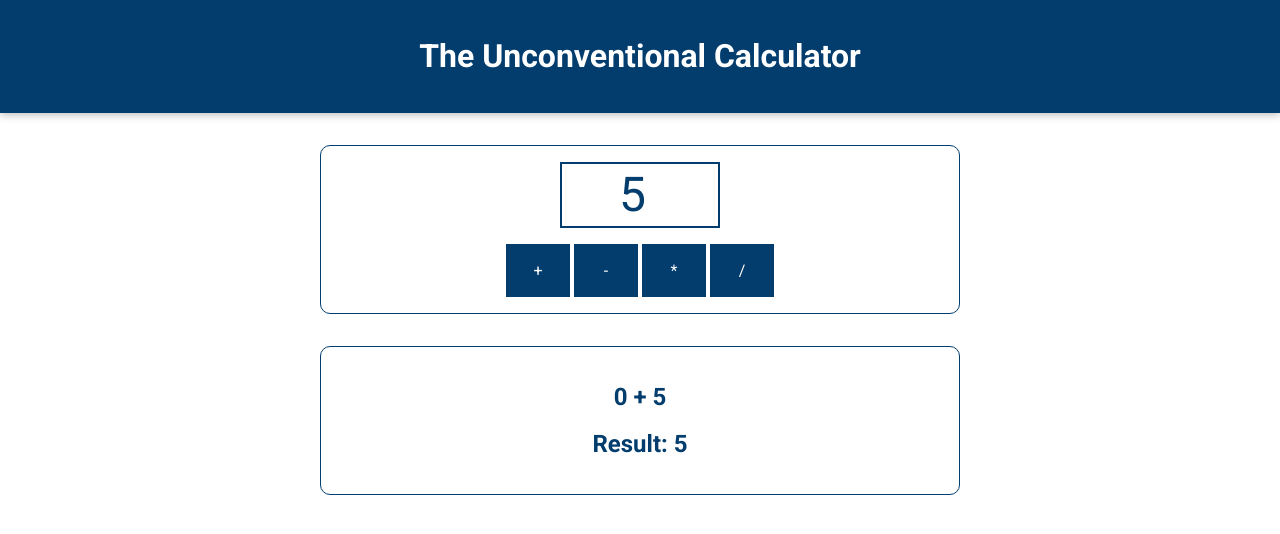
Repository: rafal-bedkowski/JSFundamentalCourse
Page: index.html
These files come from the project's save history. The page is drawn as it stood at one moment and after the next save; the edit follows.
The browser window is 1280 px wide. The pictures show the whole page.
Empty fields were first filled with sample values (such as "Sample", 5 or name@example.com).
After loading, the first visible `#btn-add` was clicked once.

Above is the page before, as saved 2022-09-07 12:48:21.

### index.html
<!DOCTYPE html>
<html lang="en">
  <head>
    <meta charset="UTF-8" />
    <meta name="viewport" content="width=device-width, initial-scale=1.0" />
    <meta http-equiv="X-UA-Compatible" content="ie=edge" />
    <title>Basics</title>
    <link
      href="https://fonts.googleapis.com/css?family=Roboto:400,700&display=swap"
      rel="stylesheet"
    />
    <link rel="stylesheet" href="./assets/styles/app.css" />
  </head>
  <body>
    <header>
      <h1>The Unconventional Calculator</h1>
    </header>

    <section id="calculator">
      <input type="number" id="input-number" />
      <div id="calc-actions">
        <button type="button" id="btn-add">+</button>
        <button type="button" id="btn-subtract">-</button>
        <button type="button" id="btn-multiply">*</button>
        <button type="button" id="btn-divide">/</button>
      </div>
    </section>
    <section id="results">
      <h2 id="current-calculation">0</h2>
      <h2>Result: <span id="current-result">0</span></h2>
    </section>
    <script src="./assets/scripts/vendor.js"></script>
    <script src="./assets/scripts/app.js"></script>
  </body>
</html>

### assets/styles/app.css
* {
  box-sizing: border-box;
}

html {
  font-family: 'Roboto', open-sans;
}

body {
  margin: 0;
}

header {
  background: #023d6d;
  color: white;
  padding: 1rem;
  text-align: center;
  box-shadow: 0 2px 8px rgba(0, 0, 0, 0.26);
  width: 100%;
}

#results,
#calculator {
  margin: 2rem auto;
  width: 40rem;
  max-width: 90%;
  border: 1px solid #023d6d;
  border-radius: 10px;
  padding: 1rem;
  color: #023d6d;
}

#results {
  text-align: center;
}

#calculator input {
  font: inherit;
  font-size: 3rem;
  border: 2px solid #023d6d;
  width: 10rem;
  padding: 0.15rem;
  margin: auto;
  display: block;
  color: #023d6d;
  text-align: center;
}

#calculator input:focus {
  outline: none;
}

#calculator button {
  font: inherit;
  background: #023d6d;
  color: white;
  border: 1px solid #023d6d;
  padding: 1rem;
  cursor: pointer;
}

#calculator button:focus {
  outline: none;
}

#calculator button:hover,
#calculator button:active {
  background: #084f88;
  border-color: #084f88;
}

#calc-actions button {
  width: 4rem;
}

#calc-actions {
  margin-top: 1rem;
  text-align: center;
}

### assets/scripts/app.js
const defaultResult = 0;
let currentResult = defaultResult;

function getUserNumberInput() {
  return parseInt(userInput.value);
}

function addition() {
  const enteredNumber = getUserNumberInput();
  const calcDescription = `${currentResult} + ${enteredNumber}`;
  currentResult = currentResult + enteredNumber;
  outputResult(currentResult, calcDescription);
}

function subtraction() {
  const enteredNumber = getUserNumberInput();
  const calcDescription = `${currentResult} - ${enteredNumber}`;
  currentResult = currentResult - enteredNumber;
  outputResult(currentResult, calcDescription);
}

function multiplication() {
  const enteredNumber = getUserNumberInput();
  const calcDescription = `${currentResult} * ${enteredNumber}`;
  currentResult = currentResult * enteredNumber;
  outputResult(currentResult, calcDescription);
}

function divided() {
  const enteredNumber = getUserNumberInput();
  const calcDescription = `${currentResult} / ${enteredNumber}`;
  currentResult = currentResult / enteredNumber;
  outputResult(currentResult, calcDescription);
}

addBtn.addEventListener('click', addition);

Loaded but not shown: assets/scripts/vendor.js (common file)

After the next save:
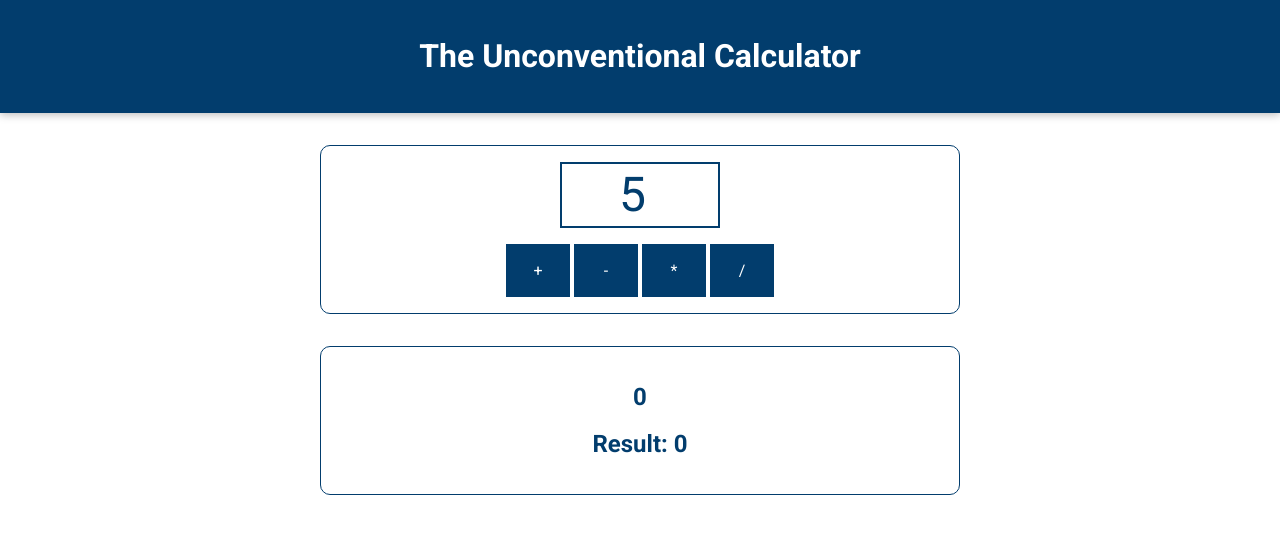
Console error: ReferenceError: resultBeforeCalc is not defined
Saved 15 min 40 s later.
--- a/assets/scripts/app.js
+++ b/assets/scripts/app.js
@@ -5,11 +5,15 @@
   return parseInt(userInput.value);
 }
 
+function createAndWriteOutput(operator, resultBeforeCalc, calcNumber) {
+  const calcDescription = `${resultBeforeCalc} ${operator} ${calcNumber}`;
+  outputResult(currentResult, calcDescription);
+}
+
 function addition() {
   const enteredNumber = getUserNumberInput();
-  const calcDescription = `${currentResult} + ${enteredNumber}`;
   currentResult = currentResult + enteredNumber;
-  outputResult(currentResult, calcDescription);
+  createAndWriteOutput('+', resultBeforeCalc, calcNumber);
 }
 
 function subtraction() {

After the 2 saves that followed:
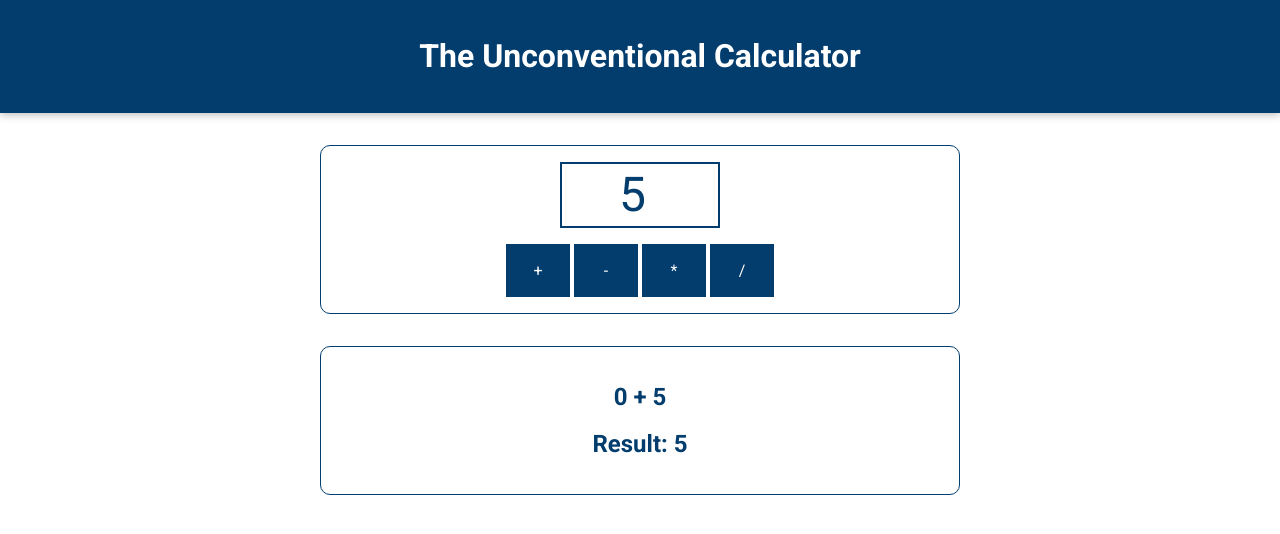
The error is gone.
The 2 saves are shown as one change because 1 left the picture as it was.
The last was saved 99 s later.
--- a/assets/scripts/app.js
+++ b/assets/scripts/app.js
@@ -12,8 +12,9 @@
 
 function addition() {
   const enteredNumber = getUserNumberInput();
+  const initialResult = currentResult;
   currentResult = currentResult + enteredNumber;
-  createAndWriteOutput('+', resultBeforeCalc, calcNumber);
+  createAndWriteOutput('+', initialResult, enteredNumber);
 }
 
 function subtraction() {
